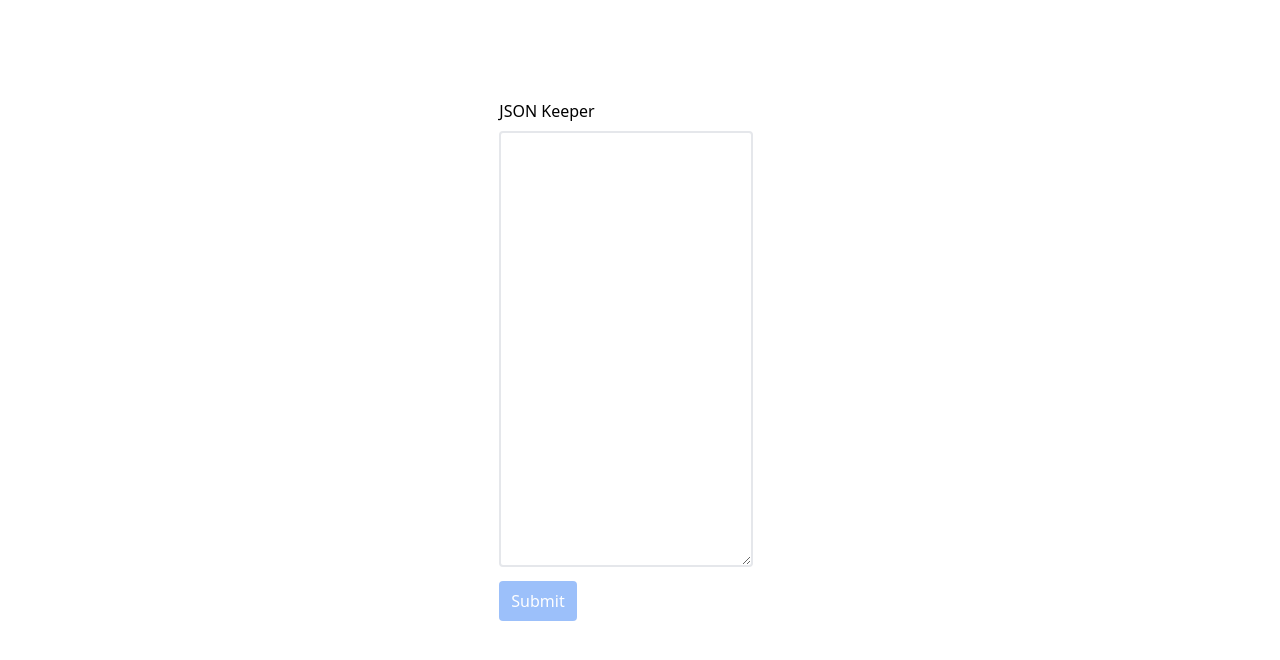
Repository: lakshithapramodya/jsonhub
Page: / (app in client/)
An editor plug-in stored every save of this project. The page is shown before and after the next save, followed by the edit.
The browser window is 1280 px wide. The pictures show the whole page.
The page's requests for data from a server got no answer. The project was rebuilt for these pictures with package versions that can differ from the ones it lists, and the page was loaded fresh each time. No one was signed in, and anything a server would have sent is missing. Also part of the build but not shown: client/src/HandleJsonData.js.

Above is the page before, as saved 2023-05-10 12:09:02.

After the next save:
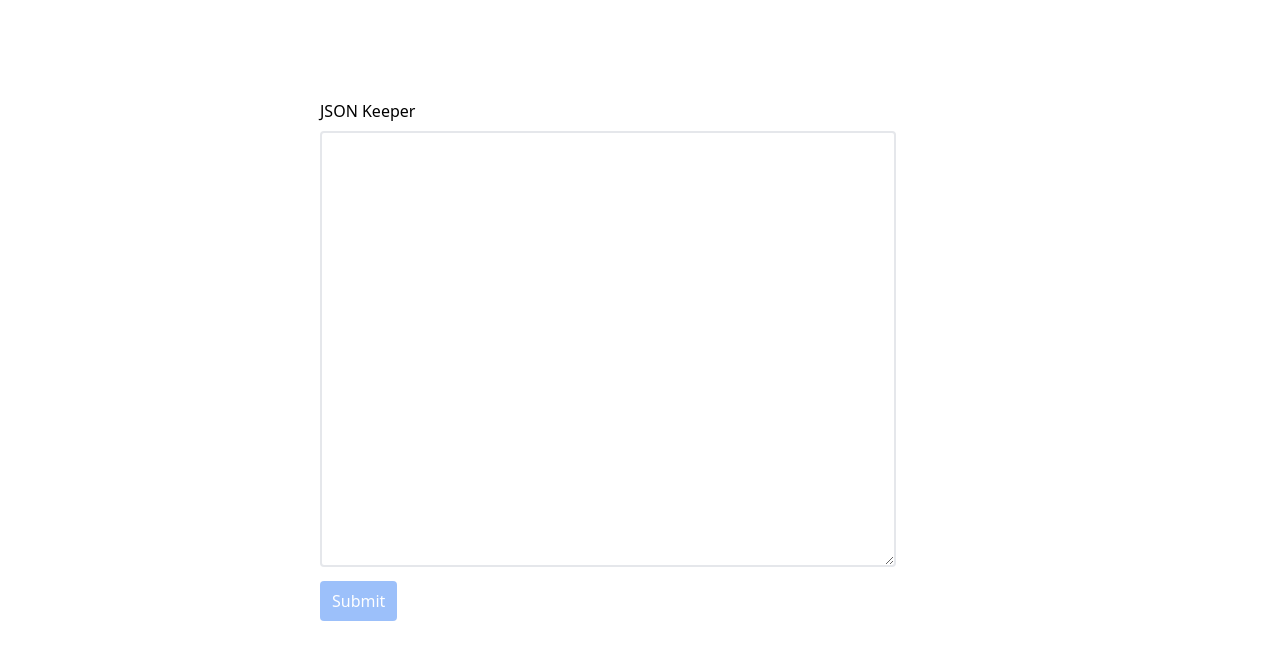
Saved 21 s later.
--- a/client/src/App.js
+++ b/client/src/App.js
@@ -41,7 +41,7 @@ function App() {
         <a href={`${SERVER_ENDPOINT}/${url}`}>{`${SERVER_ENDPOINT}/${url}`}</a>
       )}
       <div className="flex flex-col m-auto w-full md:w-1/2 items-center justify-center">
-        <form onSubmit={handleSubmit} className="space-y-2">
+        <form onSubmit={handleSubmit} className="w-full space-y-2">
           <h1 className="mr-auto">JSON Keeper</h1>
           <textarea
             onChange={(e) => setInput(e.target.value)}
